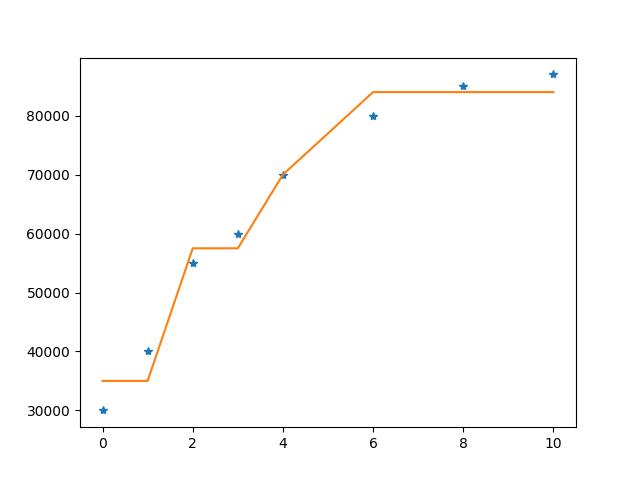
Repository: AbolfazlDargi/The-EXTENT-of-the-impact-of-rights
Script's output: python main.py
An editor plug-in stored every save of this project. The script's output is shown before and after the next save, followed by the edit.
Random numbers start from a fixed seed.

Above is the script's output before, as saved 2025-12-10 21:08:14.

After the next save:
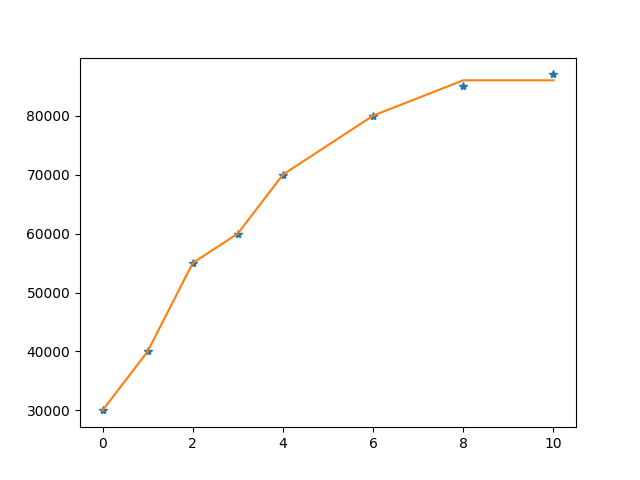
Saved 8 s later.
--- a/main.py
+++ b/main.py
@@ -8,7 +8,7 @@ years_salieser = np.array([30000, 40000, 55000, 60000, 70000, 80000, 85000, 8700
 # plt.plot(years_of_experience, years_salieser, '*')
 # plt.show()
 
-model = DecisionTreeRegressor(max_depth=2)
+model = DecisionTreeRegressor(max_depth=3)
 model.fit(years_of_experience, years_salieser)
 
 y_predict = model.predict(years_of_experience)
